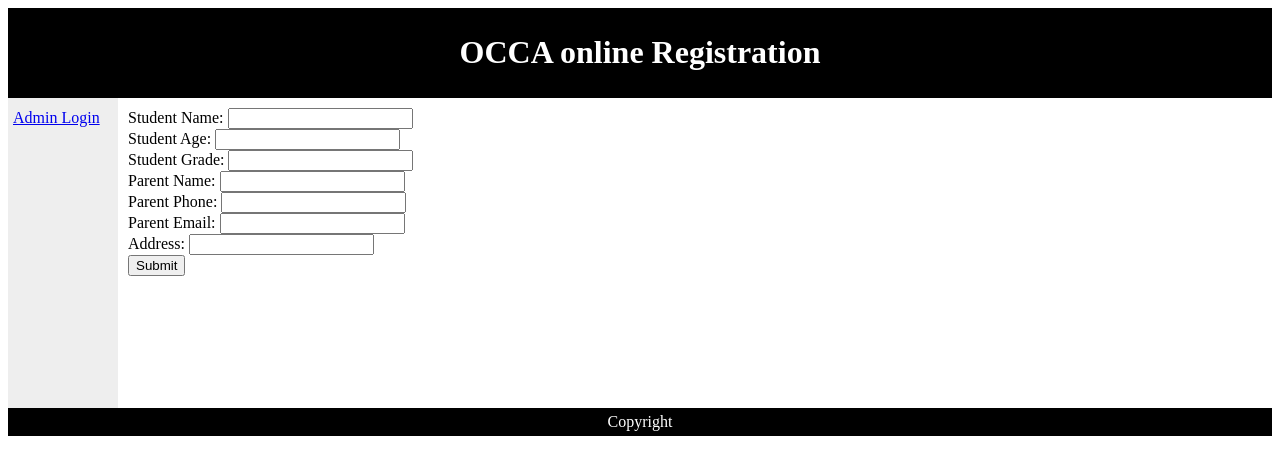
Repository: dreamxia329/TechExercise4830
Page: T3-0325-xia/T3-webProject-Xia/WebContent/register.html
An editor plug-in stored every save of this project. The page is shown before and after the next save, followed by the edit.
The browser window is 1280 px wide. The pictures show the whole page.

Above is the page before, as saved 2022-03-31 03:56:32.

After the next save:
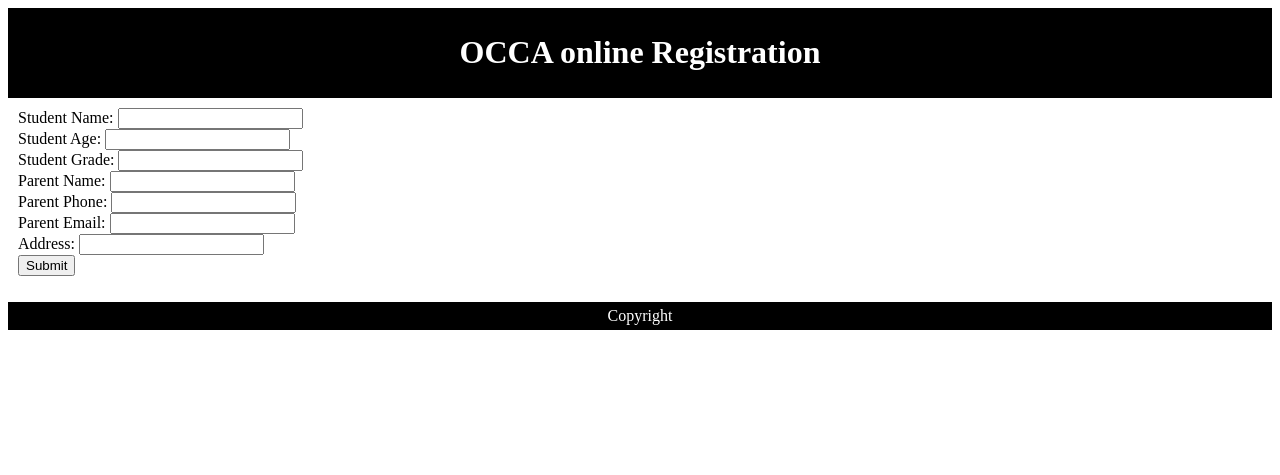
Saved 75 s later.
--- a/T3-0325-xia/T3-webProject-Xia/WebContent/register.html
+++ b/T3-0325-xia/T3-webProject-Xia/WebContent/register.html
@@ -38,9 +38,6 @@ footer {
 		<h1>OCCA online Registration</h1>
 	</header>
 
-	<nav>
-		<a href="/T3-webProject-Xia/login.html">Admin Login</a> <br>
-	</nav>
 
 	<section>
 
